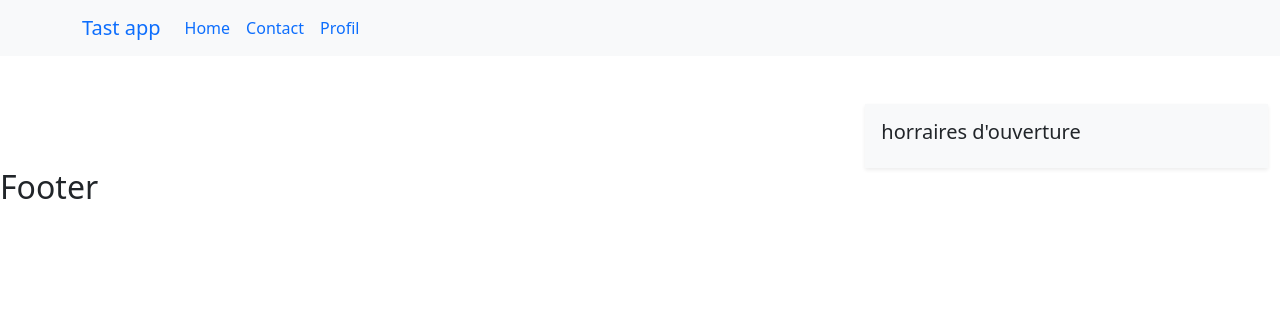
Repository: FS-23/php-getstarted
Page: http://localhost/
These files come from the project's save history. The page is drawn as it stood at one moment and after the next save; the edit follows.
The browser window is 1280 px wide. The pictures show the whole page.
The page is run by PHP 8.4 with error messages shown; the project is at /var/www/html/.

Above is the page before, as saved 2022-05-28 12:21:25.

After the next save:
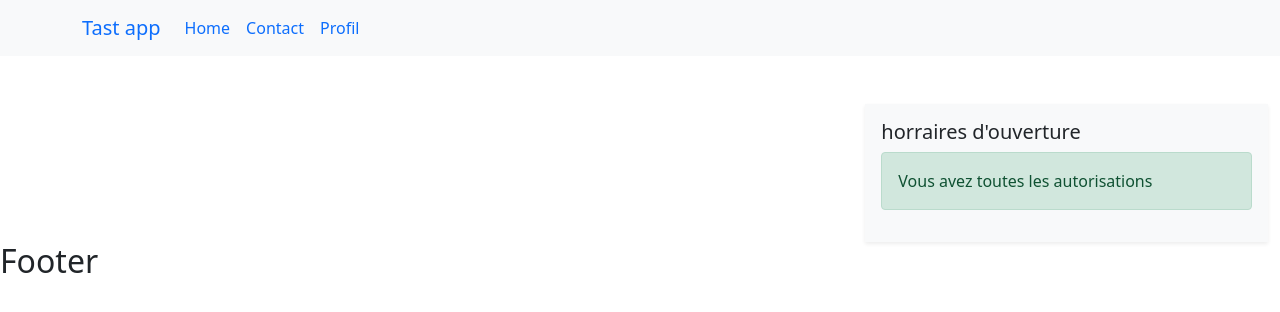
Saved 3 min 6 s later.
--- a/demoAPP/index.php
+++ b/demoAPP/index.php
@@ -6,6 +6,9 @@
         "12:30 - 18:00",
         "19:30 - 22:00"
     ];
+
+
+    $user = "admin"
 
 ?>
 <div class="row mx-0">
@@ -20,8 +23,12 @@
 
                    <?php endforeach; ?>
 
+                   <?php if($user == "admin") : ?>
+                    <div class="alert alert-success"> Vous avez toutes les autorisations</div>
 
-
+                   <?php else: ?>
+                    <div class="alert alert-danger"> Vous n'avez pas les autorisations</div>
+                   <?php endif ?>
 
             </div>
         </div>
